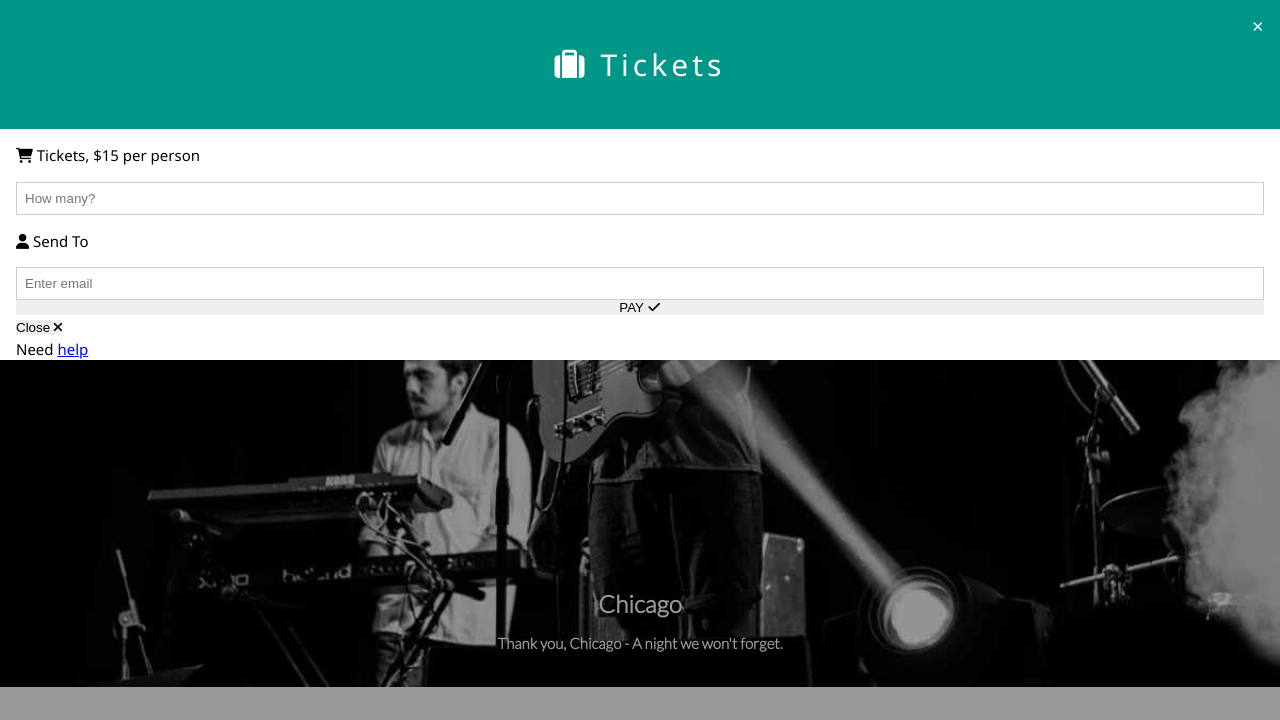
Repository: vanmanhAI/project-03-w3
Page: index.html
The author's editor kept a copy of each file at every save. The page is drawn from the files as they stood at one save, then again after a run of saves.
The browser window is 1280 px wide. The pictures show the window.
A layer covers the whole window, so only the first screen is drawn. Some web libraries are served in a nearby version.

Above is the page before, as saved 2022-07-11 16:35:49.

After the next 2 saves:
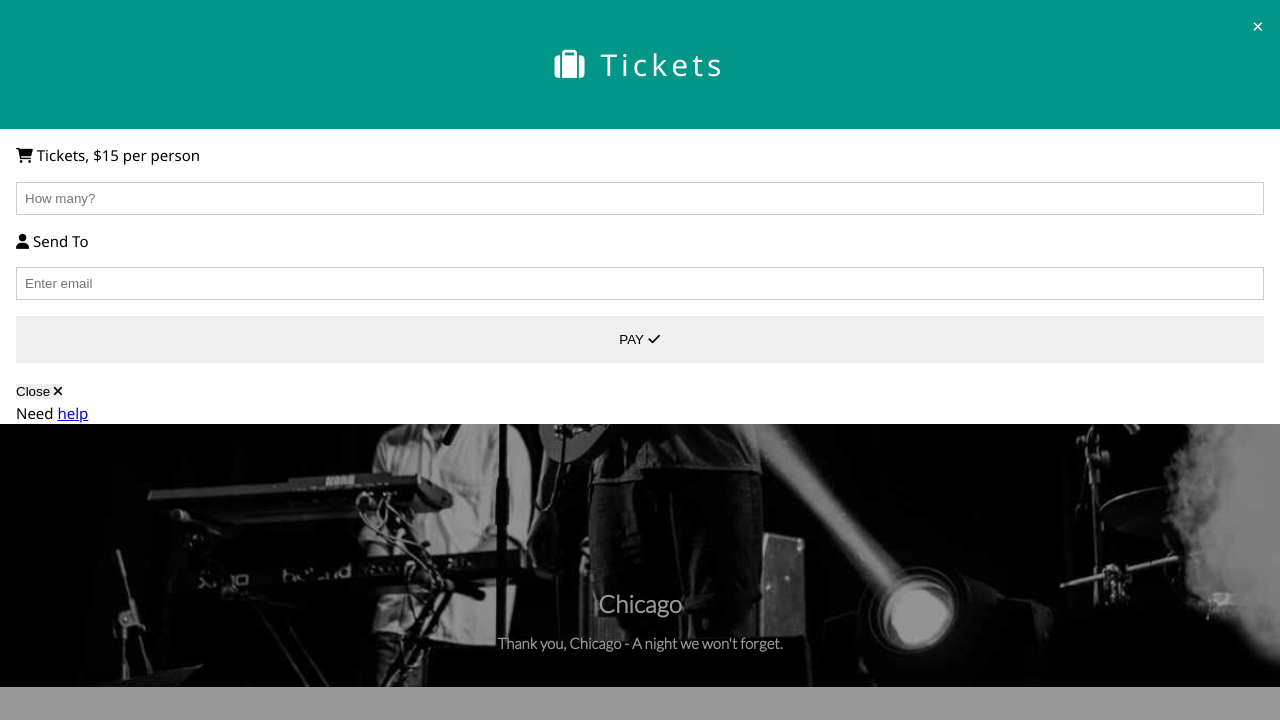
The 2 saves are shown as one change because they came seconds apart.
The last was saved 4 min 4 s later.
--- a/assets/css/style.css
+++ b/assets/css/style.css
@@ -326,6 +326,8 @@ html {
     display: block;
     width: 100%;
     border: none;
+    margin: 1.6rem 0;
+    padding: 1.6rem
 }
 .modal-check {
 
